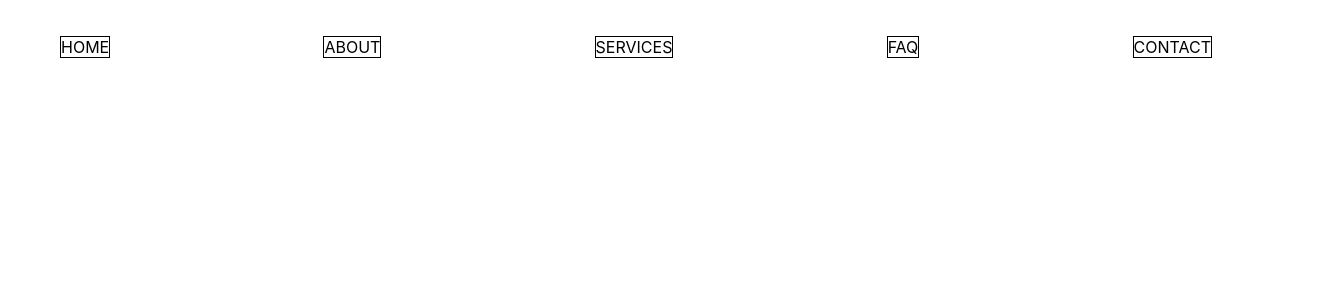
Repository: sriram1224/reactas1.github.io
Page: /
These files come from the project's save history. The page is drawn as it stood at one moment and after the next save; the edit follows.
The browser window is 1280 px wide. The page is 1320 px wide, so the pictures cover 1320 px, including what lies to the right of the window. The pictures show the whole page.
The project was rebuilt for these pictures with package versions that can differ from the ones it lists, and the page was loaded fresh each time.

Above is the page before, as saved 2024-03-05 06:47:44.

### src/App.js
import Nav from './Components/Nav';
import './App.css';

function App() {
  return (
    <div className="App">
     <Nav />
    </div>
  );
}

export default App;

### src/Components/Nav.js

import Navc from './Nav.css';
function Nav(){
    return (
        <nav className='Nav'>
            <ul>
                <li>HOME</li>
                <li>ABOUT</li>
                <li>SERVICES</li>
                <li>FAQ</li>
                <li>CONTACT</li>
            </ul>
        </nav>
    )
}
export default Nav;

### src/Components/Nav.css
.Nav{
    display: flex;
    justify-content: space-between;
    align-items: center;
    padding: 20px;
    width: 100%;
}
.Nav ul{
    display: flex;
    justify-content: space-between;
    align-items: center;
    list-style: none;
    gap: 20px;
    width: 90%;
}
.Nav ul li{
    border: 1px solid #000;
}

Loaded but not shown: public/index.html (common file); src/index.js (common file); src/index.css (common file); src/reportWebVitals.js (common file); src/App.css (common file)

After the next save:
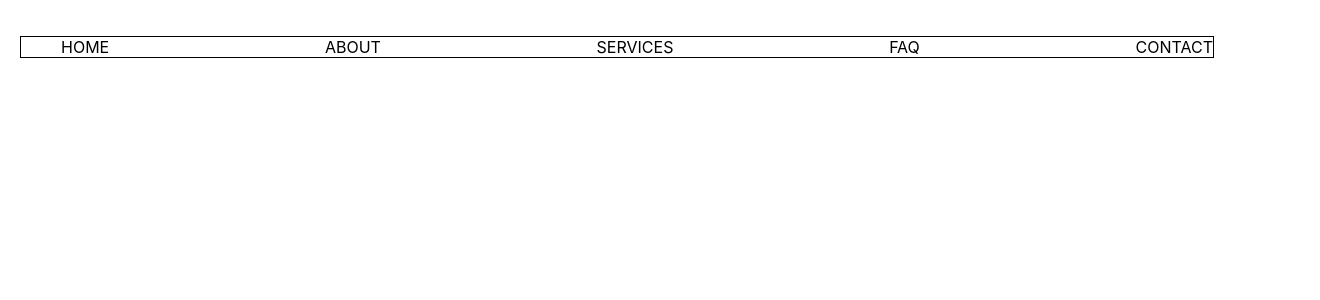
Saved 10 s later.
--- a/src/Components/Nav.css
+++ b/src/Components/Nav.css
@@ -12,7 +12,8 @@
     list-style: none;
     gap: 20px;
     width: 90%;
+    border: 1px solid #000;
 }
 .Nav ul li{
-    border: 1px solid #000;
+
 }
